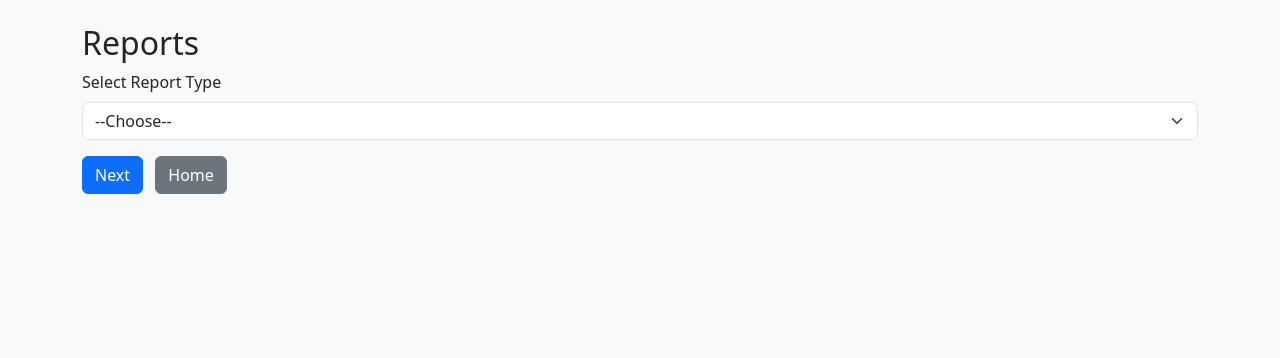
Repository: srushtinb/ProductManagementSystem
Page: http://localhost/ProductManagementSystem/reports.jsp
The author's editor kept a copy of each file at every save. The page is drawn from the files as they stood at one save, then again after the next save.
The browser window is 1280 px wide. The pictures show the whole page.
Some web libraries are served in a nearby version. The page is served by Tomcat 9. Other server files are loaded and not shown.

Above is the page before, as saved 2025-05-27 20:32:12.

### ProductManagementSystem/src/main/webapp/reports.jsp
<%@ page contentType="text/html;charset=UTF-8" language="java" %>
<!DOCTYPE html>
<html lang="en">
<head>
    <title>Reports</title>
    <link href="https://cdn.jsdelivr.net/npm/bootstrap@5.4.3/dist/css/bootstrap.min.css" rel="stylesheet">
</head>
<body class="bg-light">
<div class="container py-4">
    <h2>Reports</h2>
    <form action="ReportCriteriaServlet" method="post">
        <div class="mb-3">
            <label class="form-label">Select Report Type</label>
            <select name="type" class="form-select" required>
                <option value="" selected disabled>--Choose--</option>
                <option value="price">Products with Price Greater than</option>
                <option value="category">Products in Specific Category</option>
                <option value="top">Top N Products by Quantity</option>
            </select>
        </div>
        <button type="submit" class="btn btn-primary">Next</button>
        <a href="index.jsp" class="btn btn-secondary ms-2">Home</a>
    </form>
</div>
</body>
</html>

After the next save:
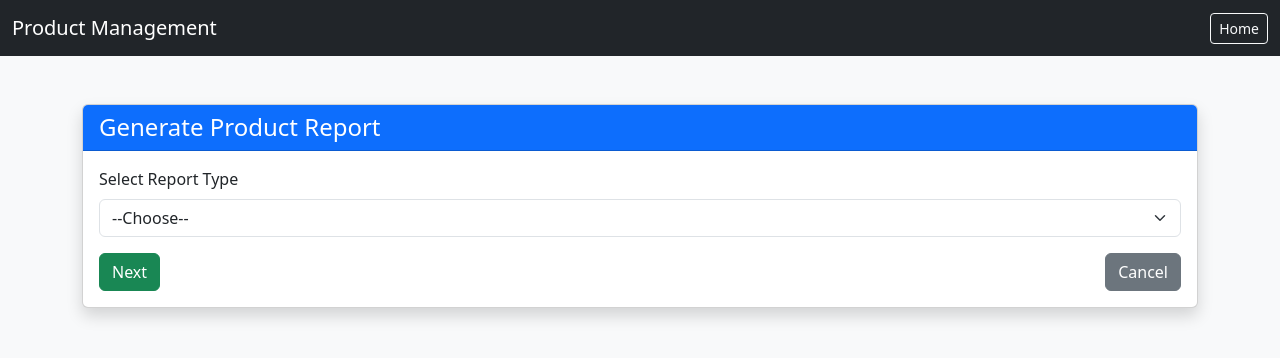
Saved 98 s later.
--- a/ProductManagementSystem/src/main/webapp/reports.jsp
+++ b/ProductManagementSystem/src/main/webapp/reports.jsp
@@ -6,21 +6,39 @@
     <link href="https://cdn.jsdelivr.net/npm/bootstrap@5.4.3/dist/css/bootstrap.min.css" rel="stylesheet">
 </head>
 <body class="bg-light">
-<div class="container py-4">
-    <h2>Reports</h2>
-    <form action="ReportCriteriaServlet" method="post">
-        <div class="mb-3">
-            <label class="form-label">Select Report Type</label>
-            <select name="type" class="form-select" required>
-                <option value="" selected disabled>--Choose--</option>
-                <option value="price">Products with Price Greater than</option>
-                <option value="category">Products in Specific Category</option>
-                <option value="top">Top N Products by Quantity</option>
-            </select>
+<nav class="navbar navbar-expand-lg navbar-dark bg-dark">
+    <div class="container-fluid">
+        <a class="navbar-brand" href="#">Product Management</a>
+        <div class="d-flex">
+            <a href="index.jsp" class="btn btn-outline-light btn-sm">Home</a>
         </div>
-        <button type="submit" class="btn btn-primary">Next</button>
-        <a href="index.jsp" class="btn btn-secondary ms-2">Home</a>
-    </form>
+    </div>
+</nav>
+
+<div class="container mt-5">
+    <div class="card shadow">
+        <div class="card-header bg-primary text-white">
+            <h4 class="mb-0">Generate Product Report</h4>
+        </div>
+        <div class="card-body">
+            <form action="ReportCriteriaServlet" method="post">
+                <div class="mb-3">
+                    <label class="form-label">Select Report Type</label>
+                    <select name="type" class="form-select" required>
+                        <option value="" selected disabled>--Choose--</option>
+                        <option value="price">Products with Price Greater than</option>
+                        <option value="category">Products in Specific Category</option>
+                        <option value="top">Top N Products by Quantity</option>
+                    </select>
+                </div>
+                <div class="d-flex justify-content-between">
+                    <button type="submit" class="btn btn-success">Next</button>
+                    <a href="index.jsp" class="btn btn-secondary">Cancel</a>
+                </div>
+            </form>
+        </div>
+    </div>
 </div>
+
 </body>
 </html>

After the save that followed:
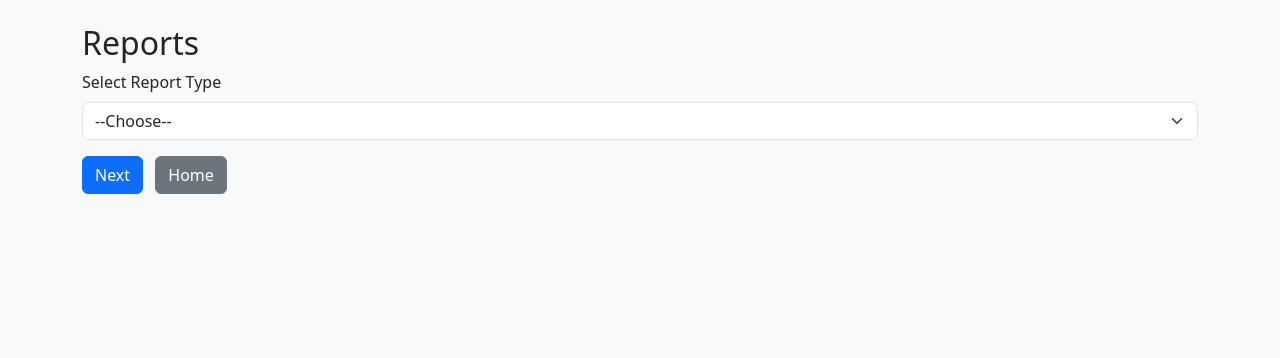
Saved 50 s later.
--- a/ProductManagementSystem/src/main/webapp/reports.jsp
+++ b/ProductManagementSystem/src/main/webapp/reports.jsp
@@ -6,39 +6,21 @@
     <link href="https://cdn.jsdelivr.net/npm/bootstrap@5.4.3/dist/css/bootstrap.min.css" rel="stylesheet">
 </head>
 <body class="bg-light">
-<nav class="navbar navbar-expand-lg navbar-dark bg-dark">
-    <div class="container-fluid">
-        <a class="navbar-brand" href="#">Product Management</a>
-        <div class="d-flex">
-            <a href="index.jsp" class="btn btn-outline-light btn-sm">Home</a>
+<div class="container py-4">
+    <h2>Reports</h2>
+    <form action="ReportCriteriaServlet" method="post">
+        <div class="mb-3">
+            <label class="form-label">Select Report Type</label>
+            <select name="type" class="form-select" required>
+                <option value="" selected disabled>--Choose--</option>
+                <option value="price">Products with Price Greater than</option>
+                <option value="category">Products in Specific Category</option>
+                <option value="top">Top N Products by Quantity</option>
+            </select>
         </div>
-    </div>
-</nav>
-
-<div class="container mt-5">
-    <div class="card shadow">
-        <div class="card-header bg-primary text-white">
-            <h4 class="mb-0">Generate Product Report</h4>
-        </div>
-        <div class="card-body">
-            <form action="ReportCriteriaServlet" method="post">
-                <div class="mb-3">
-                    <label class="form-label">Select Report Type</label>
-                    <select name="type" class="form-select" required>
-                        <option value="" selected disabled>--Choose--</option>
-                        <option value="price">Products with Price Greater than</option>
-                        <option value="category">Products in Specific Category</option>
-                        <option value="top">Top N Products by Quantity</option>
-                    </select>
-                </div>
-                <div class="d-flex justify-content-between">
-                    <button type="submit" class="btn btn-success">Next</button>
-                    <a href="index.jsp" class="btn btn-secondary">Cancel</a>
-                </div>
-            </form>
-        </div>
-    </div>
+        <button type="submit" class="btn btn-primary">Next</button>
+        <a href="index.jsp" class="btn btn-secondary ms-2">Home</a>
+    </form>
 </div>
-
 </body>
 </html>
